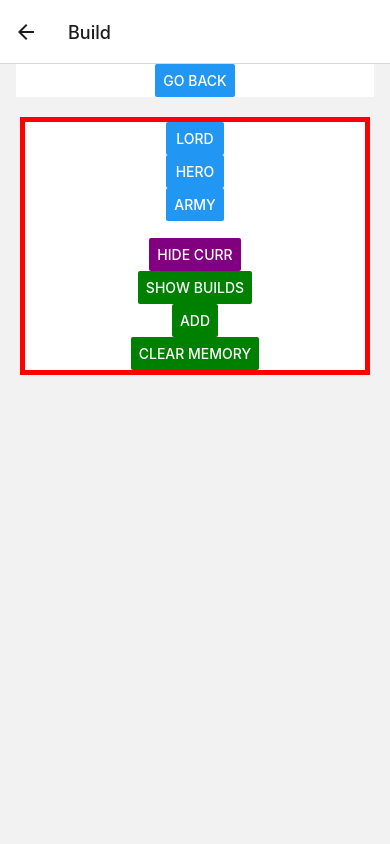
Repository: LingyuLiu11/mobile_app
Screen: /Build, after clicking the first element matching `div.r-paddingBottom-97e31f > button`
An editor plug-in stored every save of this project. The screen is shown before and after a run of saves, followed by the edit.
The app was drawn by React Native's web renderer in a window 390 px wide. The project was rebuilt for these pictures with package versions that can differ from the ones it lists, and the page was loaded fresh each time. Also part of the build but not shown: components/Reviews.js.

Above is the screen before, as saved 2021-10-25 00:38:51.

After the next 2 saves:
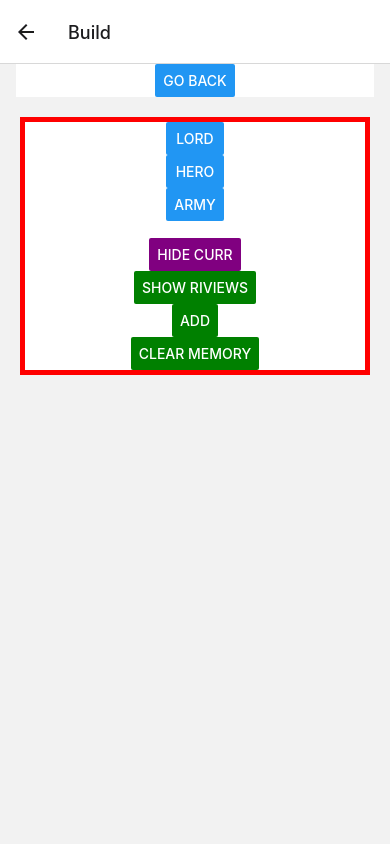
The 2 saves are shown as one change because they came seconds apart.
The last was saved 19 s later.
--- a/components/Builds.js
+++ b/components/Builds.js
@@ -27,7 +27,7 @@ const Builds = () => {
   }
 
   let currView = "";
-  if (currlooking) {
+  if (debugging) {
     currView =
       <View>
 
@@ -130,7 +130,7 @@ const Builds = () => {
                   />
           <currView/>
       <Button
-                  title={(debugging?'hide':'show')+" Builds" }
+                  title={(debugging?'hide':'show')+" Riviews" }
                   color="green"
                   onPress = {() => setDebugging(!debugging)}
                   />
